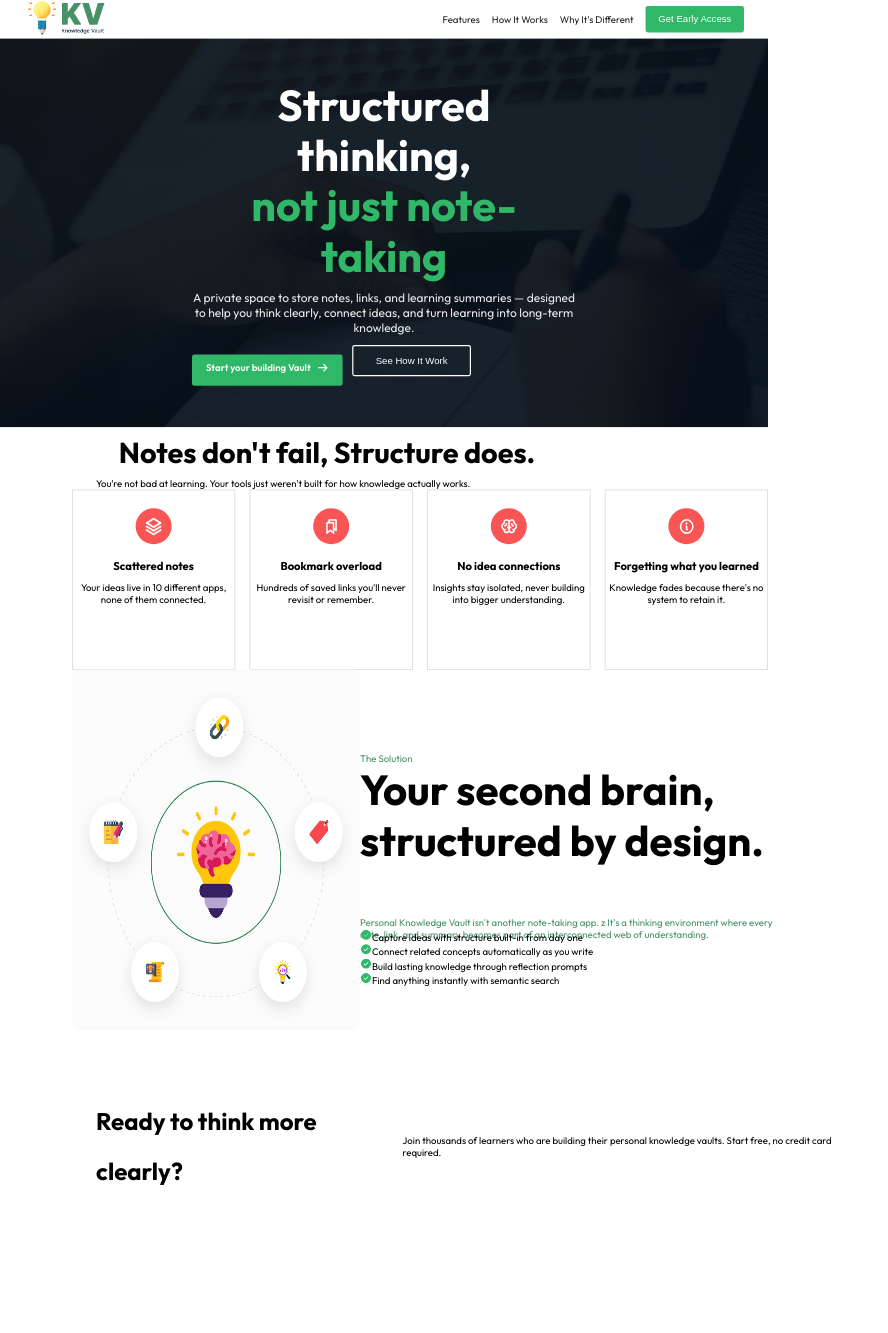
Repository: tanimtanzilislam/Assignment1-PH
Page: index.html
An editor plug-in stored every save of this project. The page is shown before and after the next save, followed by the edit.
The browser window is 1280 px wide. The page is 1480 px wide, so the pictures cover 1480 px, including what lies to the right of the window. The pictures show the whole page, at 60% of full size.

Above is the page before, as saved 2026-01-20 01:01:15.

After the next save:
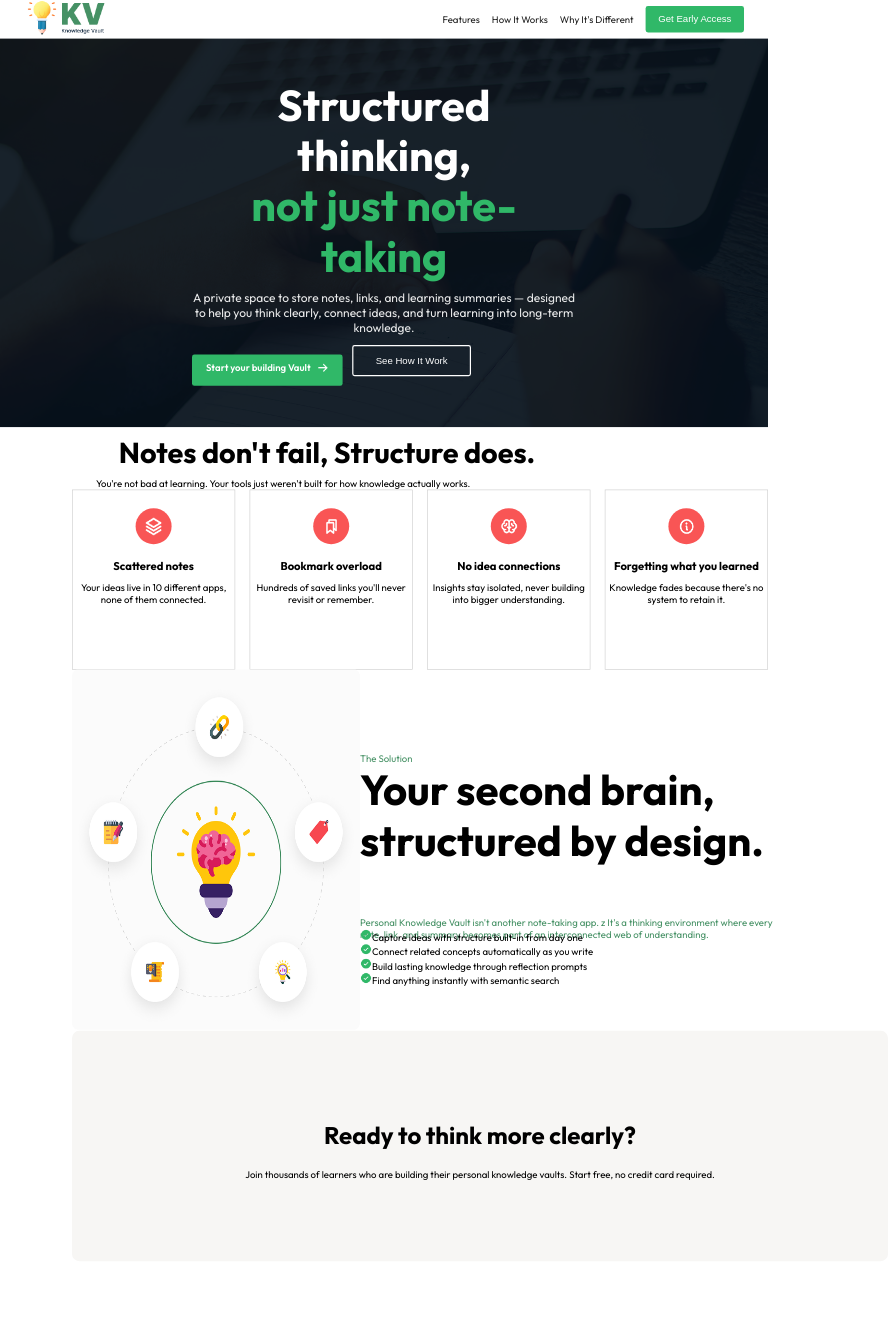
Saved 46 s later.
--- a/style.css
+++ b/style.css
@@ -257,34 +257,37 @@
 }
 
 .ready{
-    width:1360px;
-    height:384px;
-    radius:12px;
-    padding-top:80px;
-    padding-right: 40px;
-    padding-bottom: 80px;
-    padding-left:40px;
-    margin-top:2px;
-    margin-left:120px;
-    margin-right:120px;
-    margin-bottom: 120px;
-    color:#f7f6f4;
-
-    justify-content: center;
-     align-items: center;
-     display: flex;
-}
+    width: 1360px;
+    height: 384px;
+    border-radius: 12px;     /* radius → border-radius */
+
+    padding: 80px 40px;     /* short & correct */
+
+    margin: 2px 120px 120px 120px;
+
+    background-color: #f7f6f4;
+
+    display: flex;
+    flex-direction: column; /* h1 + p উপর-নিচে */
+    justify-content: center;
+    align-items: center;
+    text-align: center;
+}
+
 .ready h1{
-    color:black;
-     font-size: 40px;
-    font-weight: 700;
-    line-height: 84px;
-
-}
+    color: black;
+    font-size: 40px;
+    font-weight: 700;
+    line-height: 84px;
+    margin-bottom: 12px;
+}
+
 .ready p{
-    color:black;
-    size:16px;
-}
+    color: black;
+    font-size: 16px;        /* size → font-size */
+    line-height: 24px;
+}
+
 @media (max-width: 768px){
     .banner-content h1{
         font-size: 42px;
